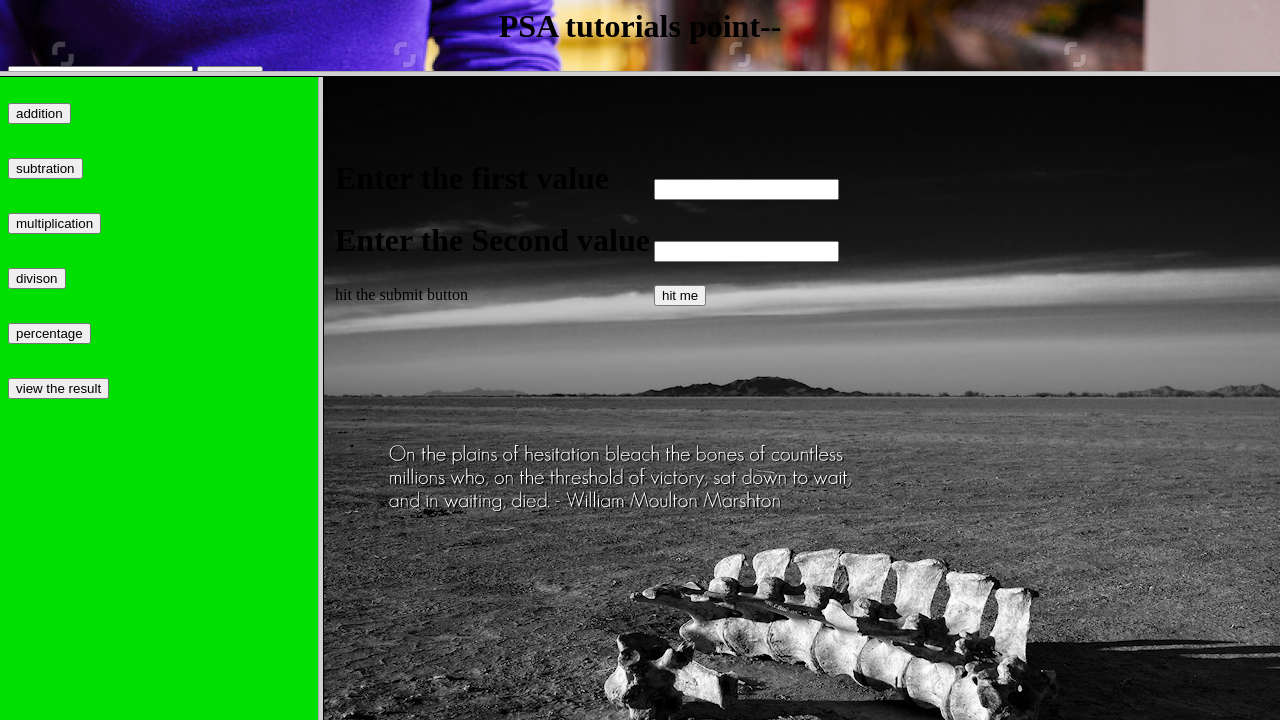
Repository: dhanasekar13/servlet
Page: mystore/war/index.html
These files come from the project's save history. The page is drawn as it stood at one moment and after the next save; the edit follows.
The browser window is 1280 px wide. The pictures show the whole page.

Above is the page before, as saved 2017-05-09 18:09:14.

After the next save:
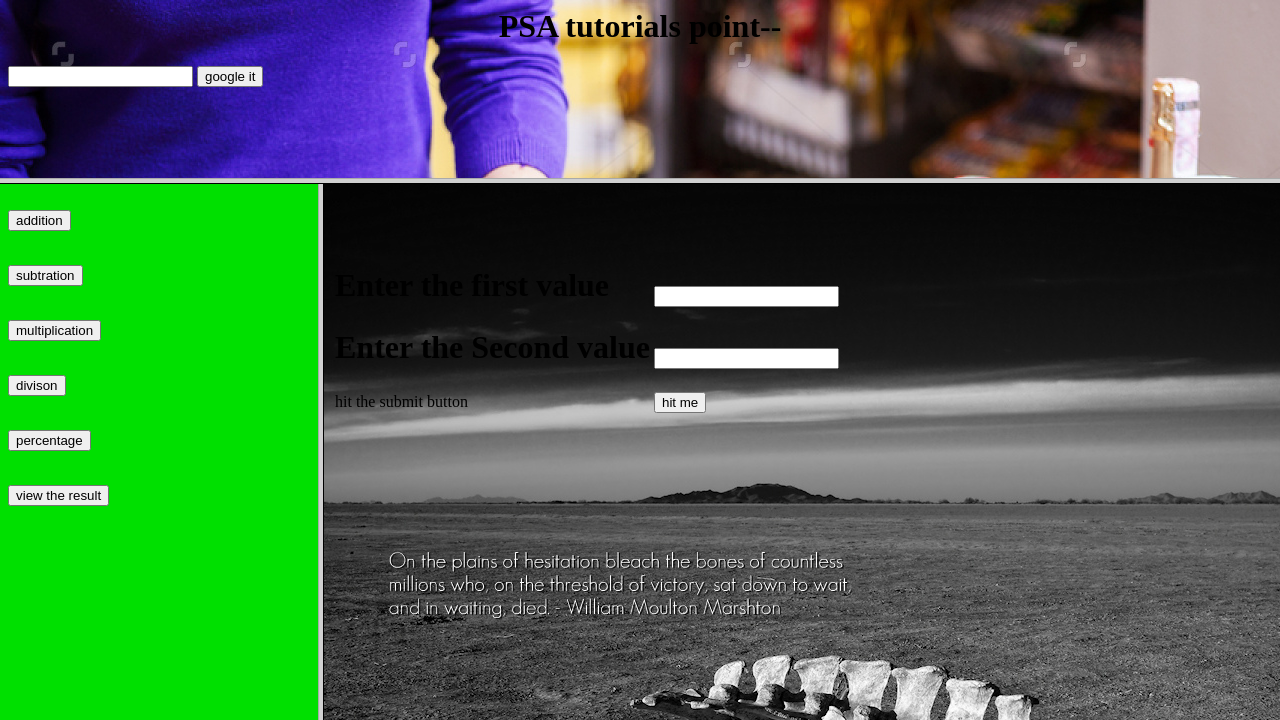
Saved 68 s later.
--- a/mystore/war/index.html
+++ b/mystore/war/index.html
@@ -14,7 +14,7 @@
   </head>
 
 
-<frameset rows="10%,90%">
+<frameset rows="25%,75%">
 <frame src="heading.htmL">
 <frameset cols="25%,75%">
 <frame src="details.htmL">
